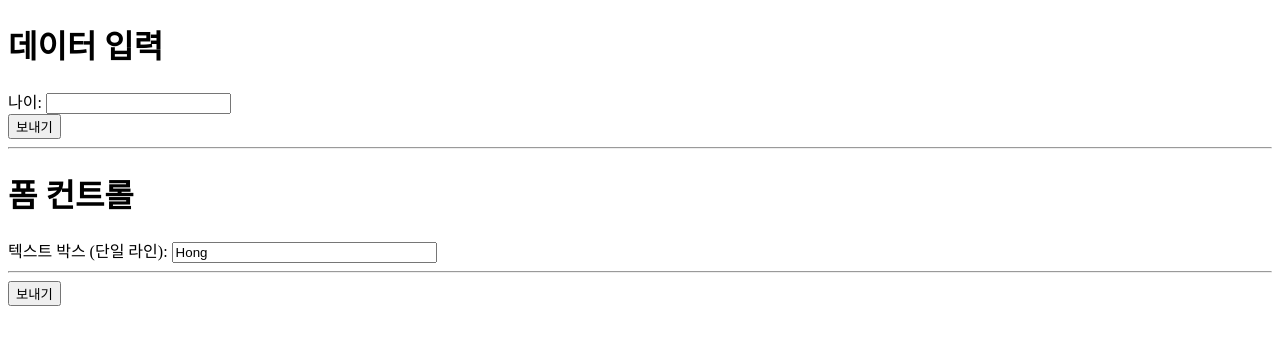
Repository: seula123/Front-End
Page: ClientTest/src/main/webapp/html/ex18_form.html
An editor plug-in stored every save of this project. The page is shown before and after the next save, followed by the edit.
The browser window is 1280 px wide. The pictures show the whole page.

Above is the page before, as saved 2023-09-21 06:19:38.

### ClientTest/src/main/webapp/html/ex18_form.html
<!DOCTYPE html>
<html>
<head>
<meta charset="UTF-8">
<title>Insert title here</title>
</head>
<body>


	<!-- ex18_form.html -->

	<!--

		폼,form
		- 입력 양식, 입력 컨트롤
		- 클라이언트(사용자)로부터 입력장치(키보드, 마우스, 터치 등)을 통해서 데이터를 입력받는 역할
		- 입력 데이터> 서버로 전송 > 업무 활용 or 데이터 베이스 저장 등..
		ex) 텍스트 박스, 버튼, 체크 박스, 라디오 버튼 등..
		- <form> + <form>의 자식 태그들..



		<form>
		- 모든 입력 컨트롤을 감싸는 컨테이너
		- 스스로는 랜더링 결과가 없다. (출력되지않는다)
		- 입력한 값을 서버로 전송하는 역할(********)


		form.method
		- 데이터를 전송하는 방식
		- 택배(일반 우편| 등기 우편)
		1. POST
			- ex18_Server.jsp
			- 데이터를 상자안에 담아서 전송
			- 데이터가 노출x > 보안 o
			- 전송하는 데이터의 최대 길이 제한 > 무제한

		2. GET
			- -ex198_server.jsp?age=20
			- 데이터를 송장에 붙여서 전송
			- 전송되는 데이터가 노출(주소창)> 보안 x
			- 전송하는 데이터의 최대 길이 제한 > 256자 > 8000자 바이트
			- 긴 데이터는 전송 x

		form.action
		- 데이터를 수신하는 서버측 URL
		- 받는 사람 주소
		- 서버측 동작하고 있는 프로그램 주소 > JSP, Servlet, Spring 주소

	 -->

	 <h1> 데이터 입력</h1>

	 <form method="GET" action="ex18_server.jsp">


	 	나이: <input type = "text" name = "age">
	 	<br>
	 	<input type = "submit" value = "보내기">
	 </form>



	 <hr>

	 <h1> 폼 컨트롤 </h1>




	 <form method="get" action="ex18_server.jsp">

	 	<!--
	 		<input>
	 		- 인라인 태그
	 		- 단독 태그
	 		- input.type: 입력 컨트롤 종류 지정
	 		- input.name : 식별자
	 		- input.id : 식별자. CSS,JavaScript에서 사용
	 		- input.class : 식별자. CSS,JavaScript에서 사용
	 		- input.size: 길이(문자 개수)
	 		- input.maxlength: 최대 입력 길이(글자수)
	 		- input.readonly: 읽기 전용(전원 on)
	 		- input.disabled: 비활성화	(전원 off)

	 	 -->

	 	텍스트 박스 (단일 라인):
	 	<input type = "text" name="txt1" id="txt1" class="txt" size = "30" value="Hong
	 	" accesskey="s">

	 	<hr>

	 	<input type = "submit" value ="보내기">




	 </form>
</body>

</html>

After the next save:
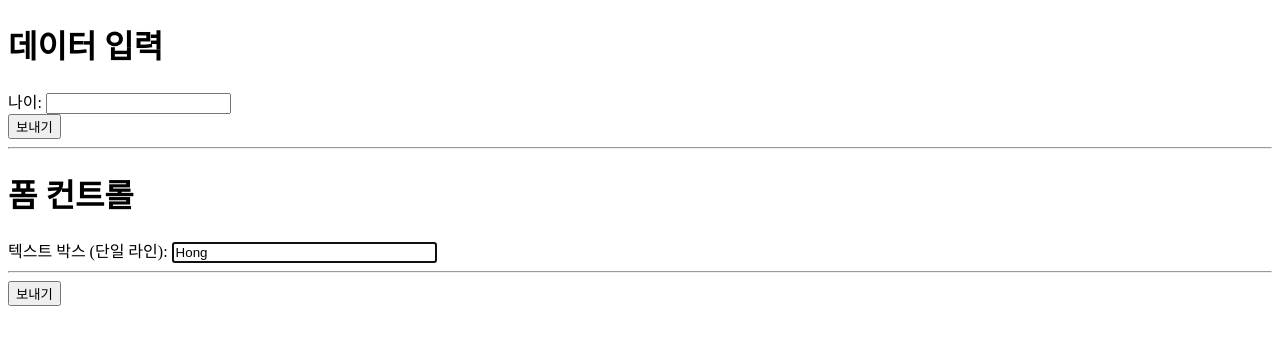
Saved 3 min 40 s later.
--- a/ClientTest/src/main/webapp/html/ex18_form.html
+++ b/ClientTest/src/main/webapp/html/ex18_form.html
@@ -82,12 +82,16 @@
 	 		- input.maxlength: 최대 입력 길이(글자수)
 	 		- input.readonly: 읽기 전용(전원 on)
 	 		- input.disabled: 비활성화	(전원 off)
+	 		- input.accesskey: 바로가기(Alt+조합ㄱ키)
+            - input.autofocus: 자동 포커스
+            -
+
 
 	 	 -->
 
 	 	텍스트 박스 (단일 라인):
 	 	<input type = "text" name="txt1" id="txt1" class="txt" size = "30" value="Hong
-	 	" accesskey="s">
+	 	" accesskey="s" autofocus>
 
 	 	<hr>
 
